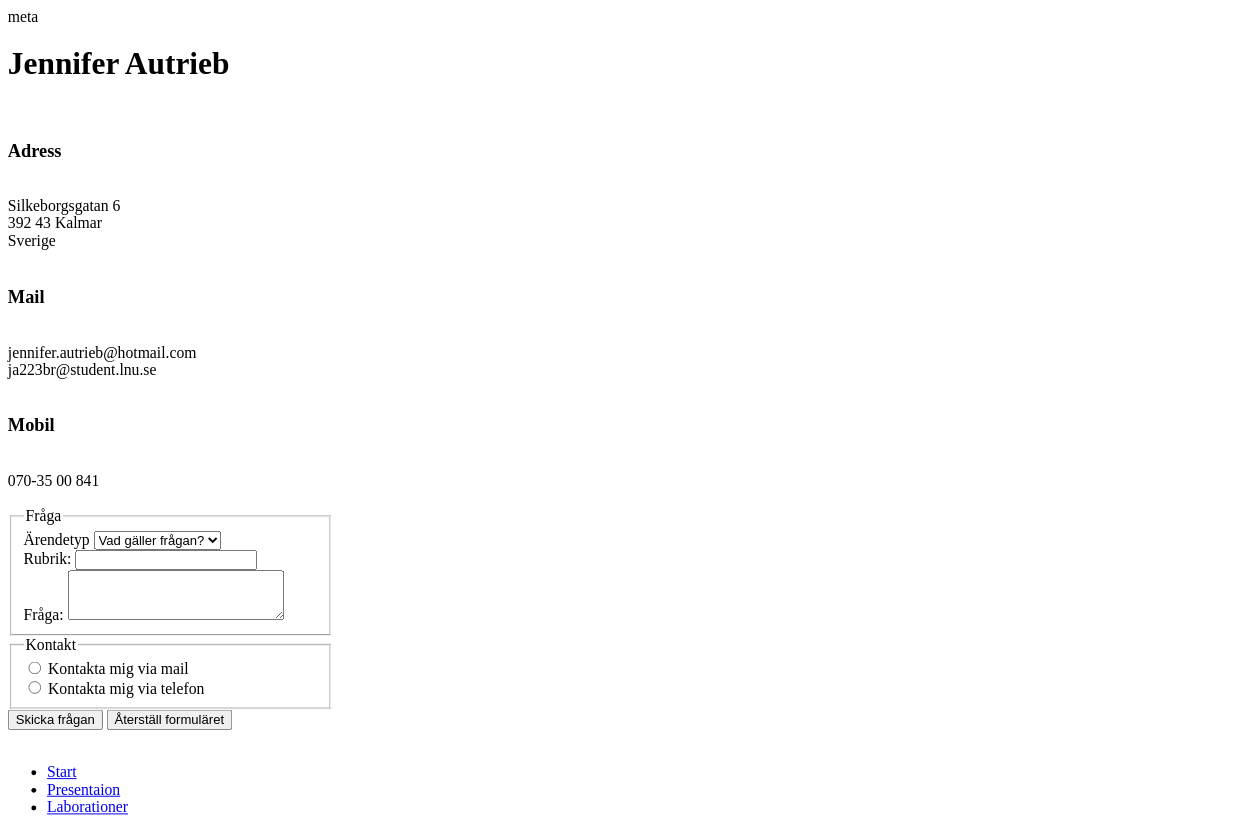
Repository: JeAut/1ik415-JeAut-laborationer
Page: WWW/pages/kontakt.html
The author's editor kept a record of every edit. The page is drawn from the files as they stood at one moment, then again after the next edit.
The browser window is 1280 px wide. The pictures show the whole page, at 98% of full size.

Above is the page before.

### WWW/pages/kontakt.html
<!DOCTYPE html>
<html>
    <head>
        <meta http-equiv="content-type" content="text/html; charset=utf-8" />
        <title>`substitute(Filename('', 'Page Title'), '^.', '\u&', '')`</title>
        meta
    </head>
    <body>
        <h1>Jennifer Autrieb</h1>
        <br><h3>Adress</h3>
        <br>Silkeborgsgatan 6
        <br>392 43 Kalmar
        <br>Sverige
        <br>
        <br><h3>Mail</h3>
        <br>jennifer.autrieb@hotmail.com
        <br>ja223br@student.lnu.se
        <br>
        <br><h3>Mobil</h3>
        <br>070-35 00 841
        <br>
        <br>
        <fieldset style="width: 300px;">
            <legend>Fråga</legend>
            <label for="select">Ärendetyp</label>
            <select name="Ärende" id="Ärende">
            <option>Vad gäller frågan?</option>
            <option>Allmänna frågor</option>
            <option>Publikationer</option>
            <option>Kontakt</option>
            </select>
            <br><label for="rubrik">Rubrik:</label>
            <input type="text" name="rubrik" id="rubrik" />
            <br><label for="fraga">Fråga:</label>
            <textarea name="fraga" id="fraga" cols="25" rows="3"
            wrap="physical"></textarea>
        </fieldset>
        <fieldset style="width: 300px;">
            <legend>Kontakt</legend>


            <input type="radio" name="kontakt" id="mail" value="mail" />
            <label for="var">Kontakta mig via mail</label> <br />

            <input type="radio" name="kontakt" id="telefon" value="telefon" />
            <label for="sommar">Kontakta mig via telefon</label> <br />
        </fieldset>

        <input type="submit" name="submit" id="submit" value="Skicka frågan" />
        <input type="reset" name="reset" id="reset" value="Återställ formuläret" />

        <br>
        <br>
        <ul>
            <li><a href="../index.html"> Start</a></li>
            <li><a href="Presentation.html"> Presentaion</a></li>
            <li><a href="laborationer.html"> Laborationer</a></li>
        </ul>
    </body>
</html>

After the next edit:
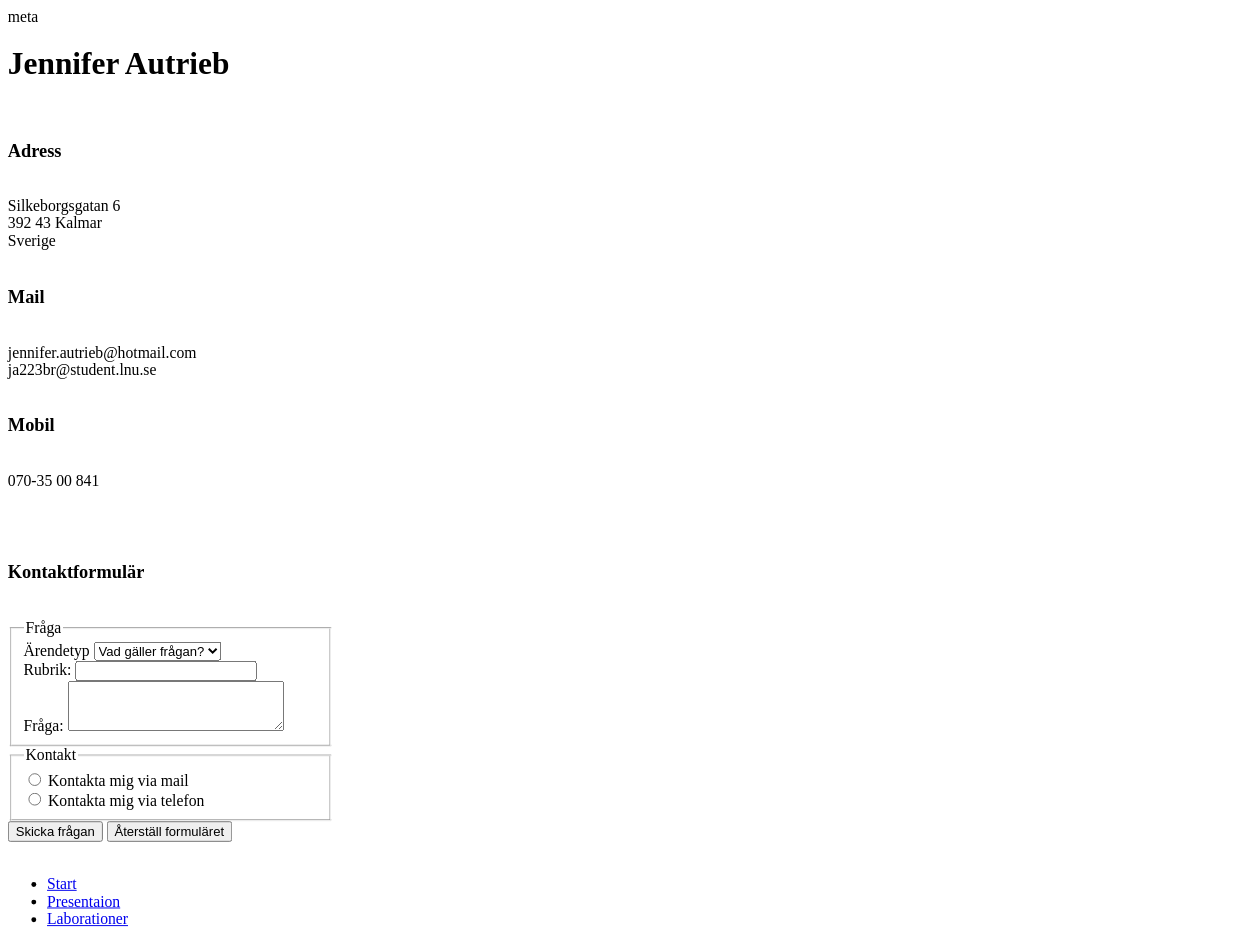
The edit:
--- a/WWW/pages/kontakt.html
+++ b/WWW/pages/kontakt.html
@@ -19,6 +19,10 @@
         <br><h3>Mobil</h3>
         <br>070-35 00 841
         <br>
+        <br>
+        <br>
+        <br>
+        <h3>Kontaktformulär</h3>
         <br>
         <fieldset style="width: 300px;">
             <legend>Fråga</legend>
